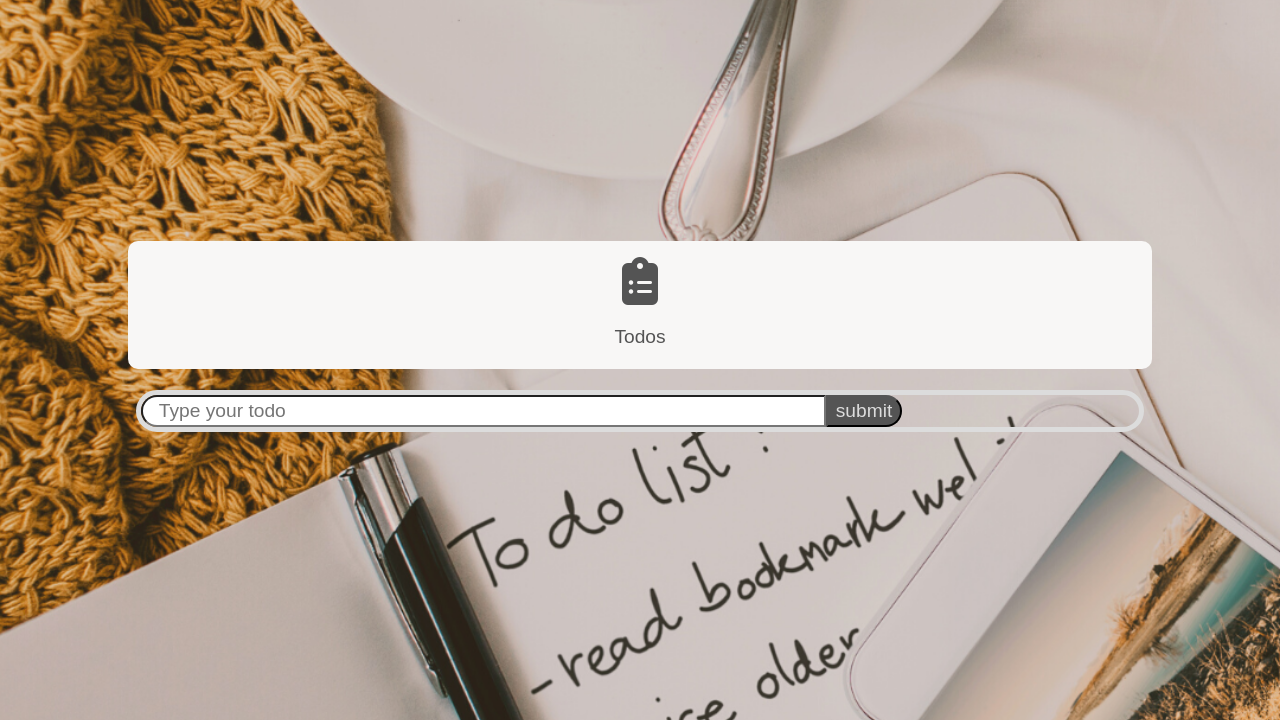
Repository: ShindanoSingi/My-Channel-Videos
Page: index.html
These files come from the project's save history. The page is drawn as it stood at one moment and after the next save; the edit follows.
The browser window is 1280 px wide. The pictures show the whole page.

Above is the page before, as saved 2023-07-18 00:22:04.
Console error: TypeError: Cannot read properties of null (reading 'addEventListener')

After the next save:
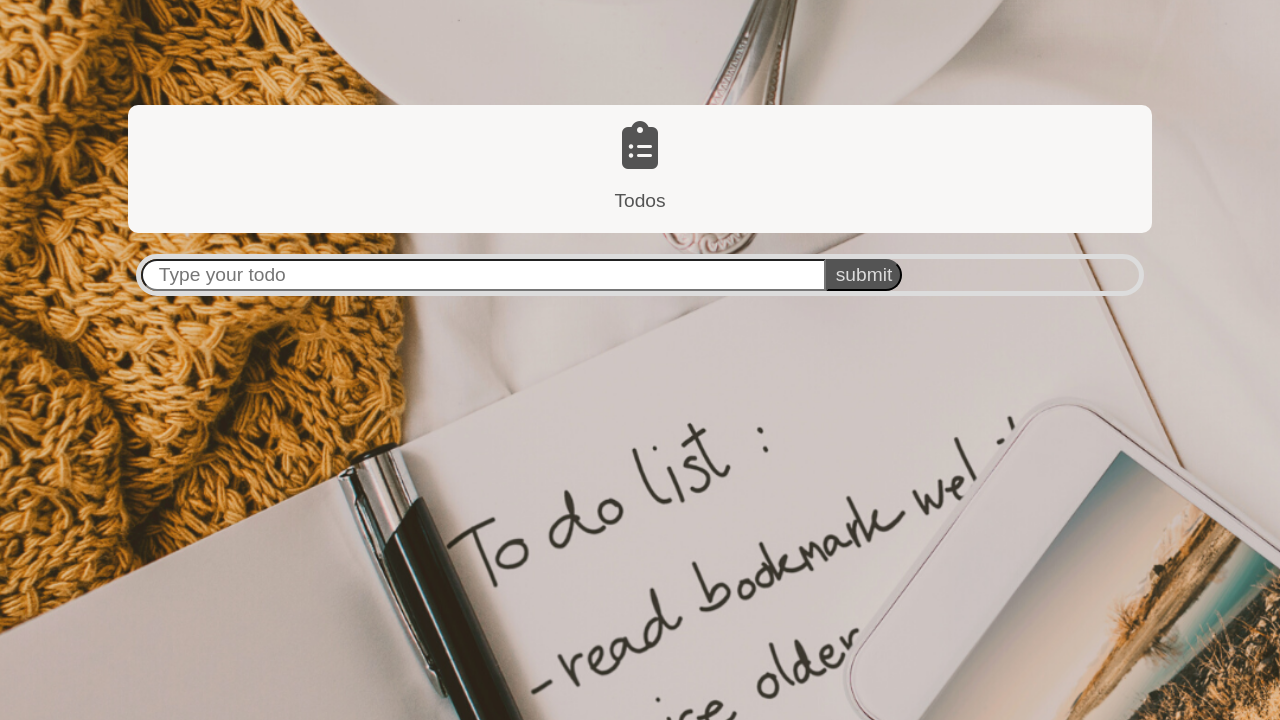
Saved 43 s later.
--- a/style.css
+++ b/style.css
@@ -40,7 +40,7 @@ body{
     border-radius: var(--border-radius);
     padding: 1rem 0;
     margin-bottom: 1.3rem;
-    margin-top: 0rem;
+    margin-top: -17rem;
 }
 
 /* Input field */
